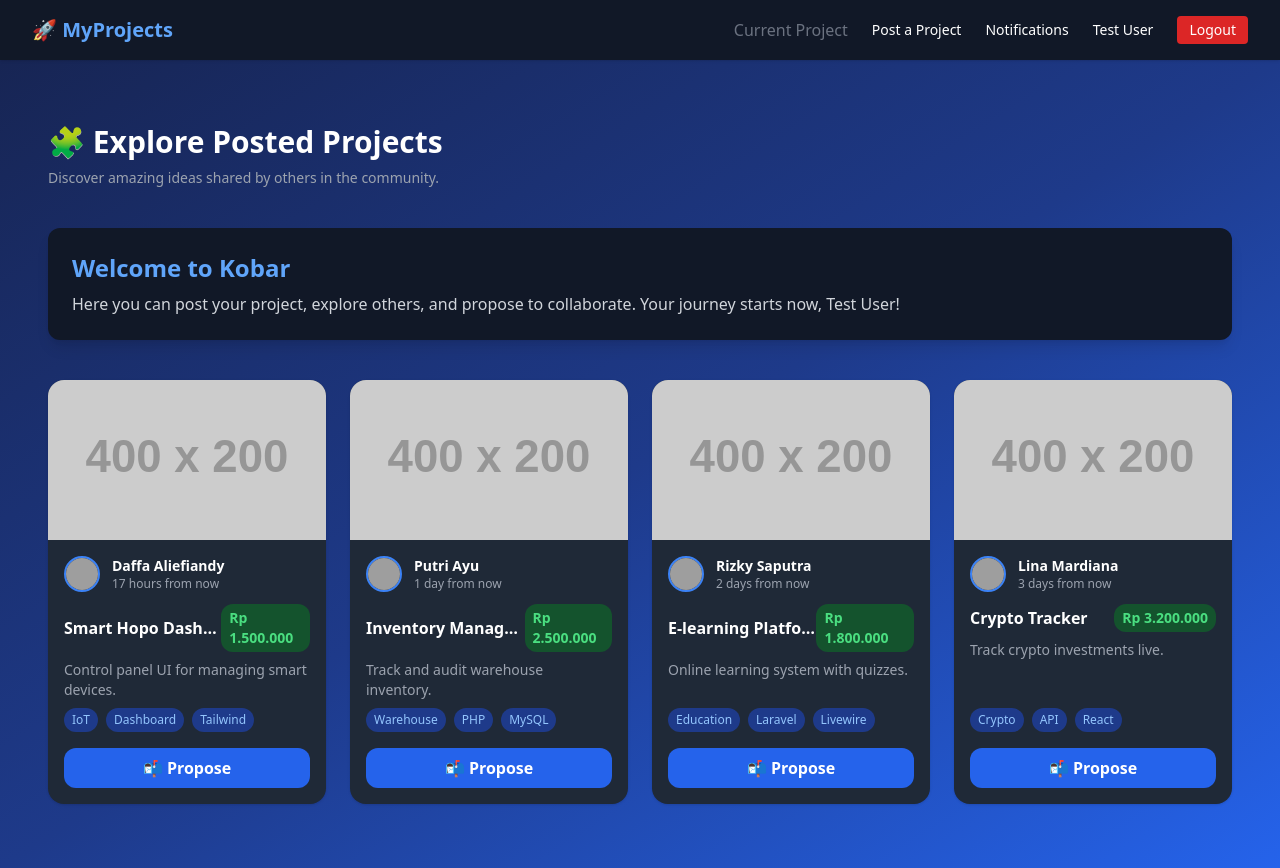
Repository: daffa-alif/kobar
Page: http://localhost/dashboard
The author's editor kept a copy of each file at every save. The page is drawn from the files as they stood at one save, then again after the next save.
The browser window is 1280 px wide. The pictures show the whole page.
Pictures or frames that could not be fetched are drawn as grey boxes. Some web libraries are served in a nearby version. The page is served by the project's Laravel application, run on PHP 8.4 with Laravel 12. A made-up administrator, Test User (test@example.com), is signed in. Other server files are loaded and not shown.

Above is the page before, as saved 2025-04-05 00:56:26.

### routes/web.php
<?php

use Illuminate\Support\Facades\Route;
use App\Http\Controllers\AuthController;


Route::get('/register', [AuthController::class, 'showRegisterForm'])->name('register');
Route::post('/register', [AuthController::class, 'register']);

Route::get('/login', [AuthController::class, 'showLoginForm'])->name('login');
Route::post('/login', [AuthController::class, 'login']);

Route::middleware('auth')->group(function () {
    Route::get('/dashboard', function () {
        return view('dashboard');
    })->name('dashboard');

    Route::post('/logout', [AuthController::class, 'logout'])->name('logout');
});

Route::get('/logout', [AuthController::class, 'logout'])->name('logout');

Route::get('/', function () {
    return view('welcome');
});

### app/Models/User.php
<?php

namespace App\Models;

use Illuminate\Database\Eloquent\Factories\HasFactory;
use Illuminate\Foundation\Auth\User as Authenticatable;
use Illuminate\Notifications\Notifiable;
use Illuminate\Database\Eloquent\Concerns\HasUuids;
use Illuminate\Support\Str;

class User extends Authenticatable
{
    use HasFactory, Notifiable, HasUuids;

    protected $keyType = 'string'; // Pastikan primary key adalah string
    public $incrementing = false; // Nonaktifkan auto-increment ID

    protected $fillable = [
        'name', 'profile_picture', 'email', 'password',
    ];

    protected $hidden = [
        'password', 'remember_token',
    ];

    protected $casts = [
        'email_verified_at' => 'datetime',
    ];

    // ✅ Tambahkan boot method untuk UUID
    protected static function boot()
    {
        parent::boot();

        static::creating(function ($model) {
            if (empty($model->{$model->getKeyName()})) {
                $model->{$model->getKeyName()} = (string) Str::uuid();
            }
        });
    }
}

### resources/views/dashboard.blade.php
@extends('layouts.app')

@section('content')


<div class="max-w-7xl mx-auto px-4 py-10">
    <div class="mb-10">
        <h1 class="text-3xl font-bold text-white">🧩 Explore Posted Projects</h1>
        <p class="text-gray-400 text-sm mt-2">Discover amazing ideas shared by others in the community.</p>
    </div>

    <div class="mb-10">
        <div class="bg-gray-900 rounded-xl p-6 shadow-lg">
            <h2 class="text-2xl font-semibold text-blue-400">Welcome to Kobar</h2>
            <p class="text-gray-300 mt-2">Here you can post your project, explore others, and propose to collaborate. Your journey starts now, {{ Auth::user()->name }}!</p>
        </div>
    </div>

    @php
        $projects = [
            [
                'title' => 'Smart Hopo Dashboard',
                'description' => 'Control panel UI for managing smart devices.',
                'posted_by' => 'Daffa Aliefiandy',
                'posted_at' => '2025-04-01 14:32',
                'avatar' => 'https://i.pravatar.cc/100?img=3',
                'tags' => ['IoT', 'Dashboard', 'Tailwind'],
                'price' => 1500000
            ],
            [
                'title' => 'Inventory Management',
                'description' => 'Track and audit warehouse inventory.',
                'posted_by' => 'Putri Ayu',
                'posted_at' => '2025-04-02 09:12',
                'avatar' => 'https://i.pravatar.cc/100?img=5',
                'tags' => ['Warehouse', 'PHP', 'MySQL'],
                'price' => 2500000
            ],
            [
                'title' => 'E-learning Platform',
                'description' => 'Online learning system with quizzes.',
                'posted_by' => 'Rizky Saputra',
                'posted_at' => '2025-04-03 18:05',
                'avatar' => 'https://i.pravatar.cc/100?img=7',
                'tags' => ['Education', 'Laravel', 'Livewire'],
                'price' => 1800000
            ],
            [
                'title' => 'Crypto Tracker',
                'description' => 'Track crypto investments live.',
                'posted_by' => 'Lina Mardiana',
                'posted_at' => '2025-04-04 10:22',
                'avatar' => 'https://i.pravatar.cc/100?img=12',
                'tags' => ['Crypto', 'API', 'React'],
                'price' => 3200000
            ],
        ];
    @endphp

    <div class="grid grid-cols-2 sm:grid-cols-2 lg:grid-cols-3 xl:grid-cols-4 gap-6">
        @foreach ($projects as $project)
            <div class="bg-gray-800 rounded-2xl shadow hover:shadow-xl transition duration-300 flex flex-col">
                <img src="https://via.placeholder.com/400x200?text=Project+Image"
                     alt="Project Image"
                     class="rounded-t-2xl w-full h-40 object-cover">

                <div class="p-4 flex flex-col flex-1">
                    <div class="flex items-center gap-3 mb-3">
                        <img src="{{ $project['avatar'] }}" alt="Avatar"
                             class="w-9 h-9 rounded-full border-2 border-blue-500">
                        <div>
                            <p class="text-sm text-white font-semibold">{{ $project['posted_by'] }}</p>
                            <p class="text-xs text-gray-400">{{ \Carbon\Carbon::parse($project['posted_at'])->diffForHumans() }}</p>
                        </div>
                    </div>

                    <div class="flex justify-between items-center mb-2">
                        <h2 class="text-md font-bold text-white truncate">{{ $project['title'] }}</h2>
                        <span class="text-sm text-green-400 font-semibold bg-green-900 px-2 py-1 rounded-xl">
                            Rp {{ number_format($project['price'], 0, ',', '.') }}
                        </span>
                    </div>

                    <p class="text-sm text-gray-400 mb-2 line-clamp-2">{{ $project['description'] }}</p>

                    <div class="flex flex-wrap gap-2 mt-auto">
                        @foreach ($project['tags'] as $tag)
                            <span class="text-xs bg-blue-900 text-blue-300 px-2 py-1 rounded-full font-medium">{{ $tag }}</span>
                        @endforeach
                    </div>

                    <div class="mt-4">
                        <button class="w-full bg-blue-600 hover:bg-blue-700 text-white font-semibold py-2 px-4 rounded-xl transition duration-300">
                            📬 Propose
                        </button>
                    </div>
                </div>
            </div>
        @endforeach
    </div>
</div>




@endsection

### resources/views/layouts/app.blade.php
<!DOCTYPE html>
<html lang="en">
<head>
    <meta charset="UTF-8">
    <title>@yield('title', 'My App')</title>
    <meta name="viewport" content="width=device-width, initial-scale=1">

    <!-- Tailwind CSS CDN -->
    <script src="https://cdn.tailwindcss.com"></script>
</head>
<body class="bg-black text-white">
    <!-- Sticky Navbar -->
    <header class="bg-gray-900 shadow sticky top-0 z-50">
        <nav class="max-w-7xl mx-auto px-4 sm:px-6 lg:px-8 py-4 flex justify-between items-center">
            <!-- Left: Logo -->
            <div class="flex items-center gap-4">
                <a href="/" class="text-xl font-bold text-blue-400">🚀 MyProjects</a>
            </div>

            <!-- Desktop Menu -->
            <div class="hidden md:flex items-center gap-6">
                <a href="#" class="text-gray-500 cursor-not-allowed">Current Project</a>
                <a href="/projects/create" class="text-sm font-medium hover:text-blue-400">Post a Project</a>
                <a href="/notifications" class="text-sm font-medium hover:text-blue-400">Notifications</a>
                <a href="/profile" class="text-sm font-medium hover:text-blue-400">
                    {{ Auth::user()->name }}
                </a>

                <form method="POST" action="{{ route('logout') }}">
                    @csrf
                    <button type="submit" class="bg-red-600 hover:bg-red-700 text-white px-3 py-1 rounded text-sm font-medium">
                        Logout
                    </button>
                </form>
            </div>

            <!-- Mobile Toggle Button -->
            <div class="md:hidden">
                <button id="mobile-menu-toggle" class="text-white hover:text-blue-400 focus:outline-none">
                    ☰
                </button>
            </div>
        </nav>

        <!-- Mobile Dropdown -->
        <div id="mobile-menu" class="md:hidden max-h-0 overflow-hidden transition-all duration-700 ease-in-out bg-gray-800 px-4" style="will-change: max-height;">
            <div class="pt-2 pb-4">
                <a href="#" class="block text-gray-500 py-1 cursor-not-allowed">Current Project</a>
                <a href="/projects/create" class="block text-sm font-medium hover:text-blue-400 py-1">Post a Project</a>
                <a href="/notifications" class="block text-sm font-medium hover:text-blue-400 py-1">Notifications</a>
                <a href="/profile" class="block text-sm font-medium hover:text-blue-400 py-1">
                    {{ Auth::user()->name }}
                </a>
                <form method="POST" action="{{ route('logout') }}" class="pt-2">
                    @csrf
                    <button type="submit" class="w-full text-left text-sm text-white bg-red-600 hover:bg-red-700 px-3 py-2 rounded">
                        Logout
                    </button>
                </form>
            </div>
        </div>

    </header>

    <!-- Main Content -->
    <main class="min-h-screen py-6 px-4 sm:px-6 lg:px-8 bg-gradient-to-br from-blue-950 via-blue-900 to-blue-600">
        @yield('content')
    </main>

    <!-- JS for Mobile Toggle -->
    <script>
        const toggleBtn = document.getElementById('mobile-menu-toggle');
        const mobileMenu = document.getElementById('mobile-menu');

        let isOpen = false;

        toggleBtn.addEventListener('click', () => {
            if (!isOpen) {
                mobileMenu.classList.remove('max-h-0');
                mobileMenu.classList.add('max-h-[500px]');
                isOpen = true;
            } else {
                mobileMenu.classList.remove('max-h-[500px]');
                mobileMenu.classList.add('max-h-0');
                isOpen = false;
            }
        });
    </script>

    @if(Auth::check() && !session()->has('intro_shown'))
    @php session(['intro_shown' => true]); @endphp

    <div id="intro-welcome" class="fixed inset-0 bg-gradient-to-br from-black via-blue-900 to-black flex items-center justify-center z-50 text-white text-center text-3xl font-bold animate-fade-in">
        <p>👋 hello {{ Auth::user()->name }} <span class="text-blue-400">welcome to Kobar</span>!</p>
    </div>

    <script>
        window.addEventListener('DOMContentLoaded', () => {
            const intro = document.getElementById('intro-welcome');
            setTimeout(() => {
                intro.classList.add('opacity-0', 'pointer-events-none');
                setTimeout(() => intro.remove(), 1000);
            }, 3000);
        });
    </script>

    <style>
        @keyframes fadeIn {
            from { opacity: 0; transform: scale(0.98); }
            to { opacity: 1; transform: scale(1); }
        }

        .animate-fade-in {
            animation: fadeIn 1s ease-out forwards;
        }
    </style>
@endif


</body>
</html>

After the next save:
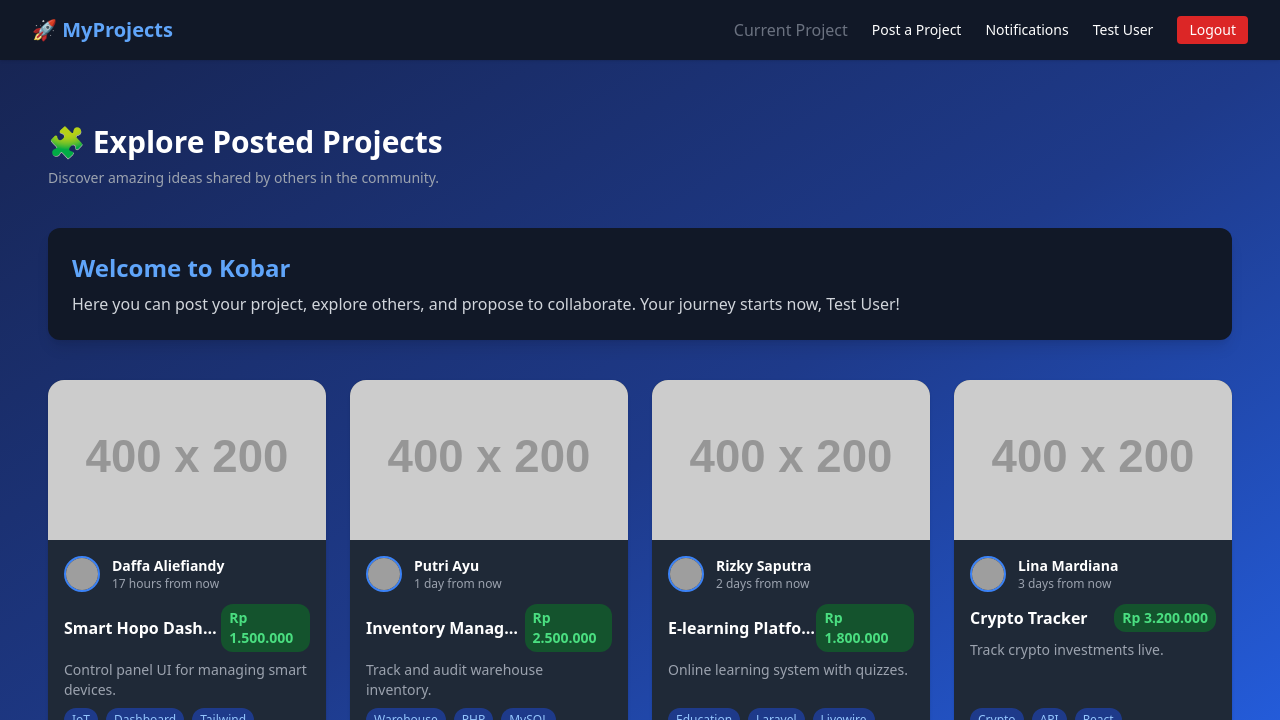
Saved 95 s later.
--- a/resources/views/layouts/app.blade.php
+++ b/resources/views/layouts/app.blade.php
@@ -8,6 +8,52 @@
     <!-- Tailwind CSS CDN -->
     <script src="https://cdn.tailwindcss.com"></script>
 </head>
+<style>
+    body, html {
+        margin: 0;
+        padding: 0;
+        width: 100%;
+        height: 100%;
+        overflow: hidden;
+    }
+
+    #bg-canvas {
+        position: absolute;
+        top: 0;
+        left: 0;
+        z-index: -1;
+    }
+
+    .main {
+        position: relative;
+        min-height: 100vh;
+        padding: 1.5rem 1rem;
+        color: white;
+        z-index: 1;
+    }
+
+    @media (min-width: 640px) {
+        .main {
+            padding: 1.5rem 1.5rem;
+        }
+    }
+
+    @media (min-width: 1024px) {
+        .main {
+            padding: 2rem;
+        }
+    }
+
+    .content {
+        max-width: 1200px;
+        margin: 0 auto;
+        background-color: rgba(0, 0, 0, 0.2);
+        padding: 2rem;
+        border-radius: 0.5rem;
+        backdrop-filter: blur(5px);
+    }
+</style>
+
 <body class="bg-black text-white">
     <!-- Sticky Navbar -->
     <header class="bg-gray-900 shadow sticky top-0 z-50">
